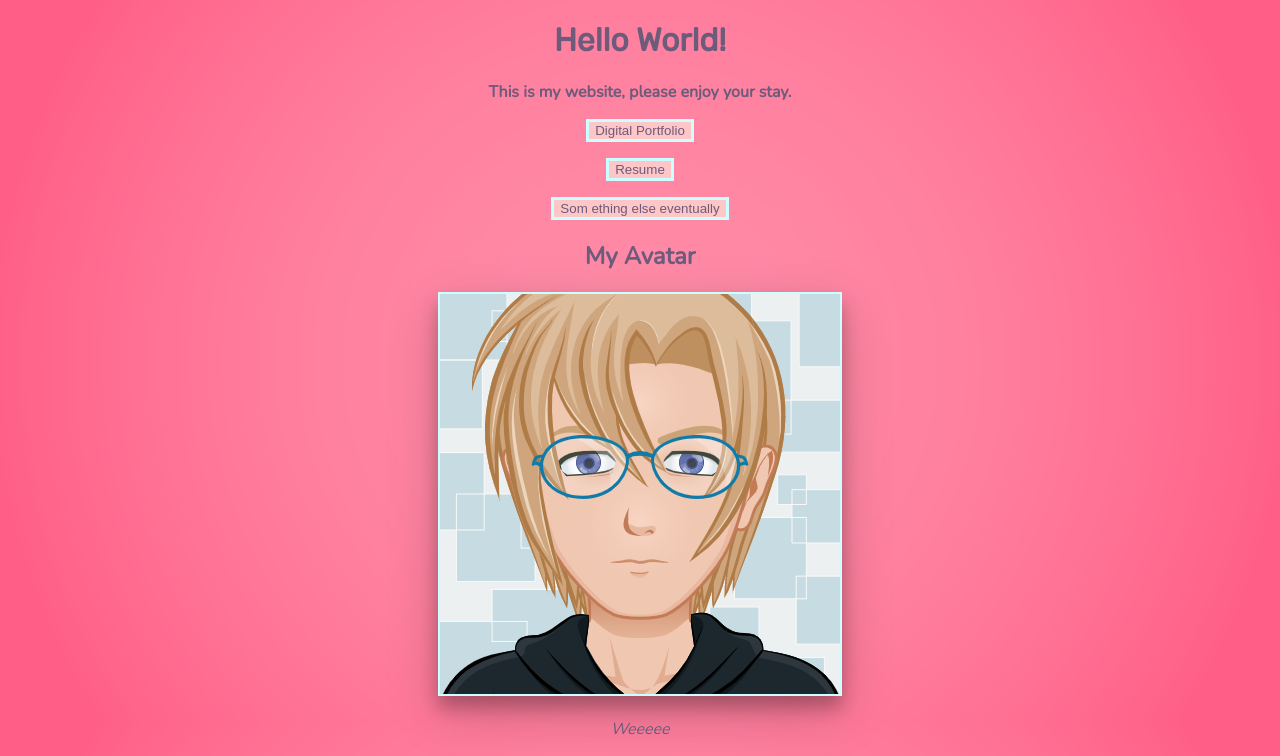
Repository: Ivyeomnky/Ivyeomnky.github.io
Page: index.html
The author's editor kept a record of every edit. The page is drawn from the files as they stood at one moment, then again after the next edit.
The browser window is 1280 px wide. The pictures show the whole page.
Backgrounds fixed to the window are drawn as part of the page.

Above is the page before.

After the next edit:
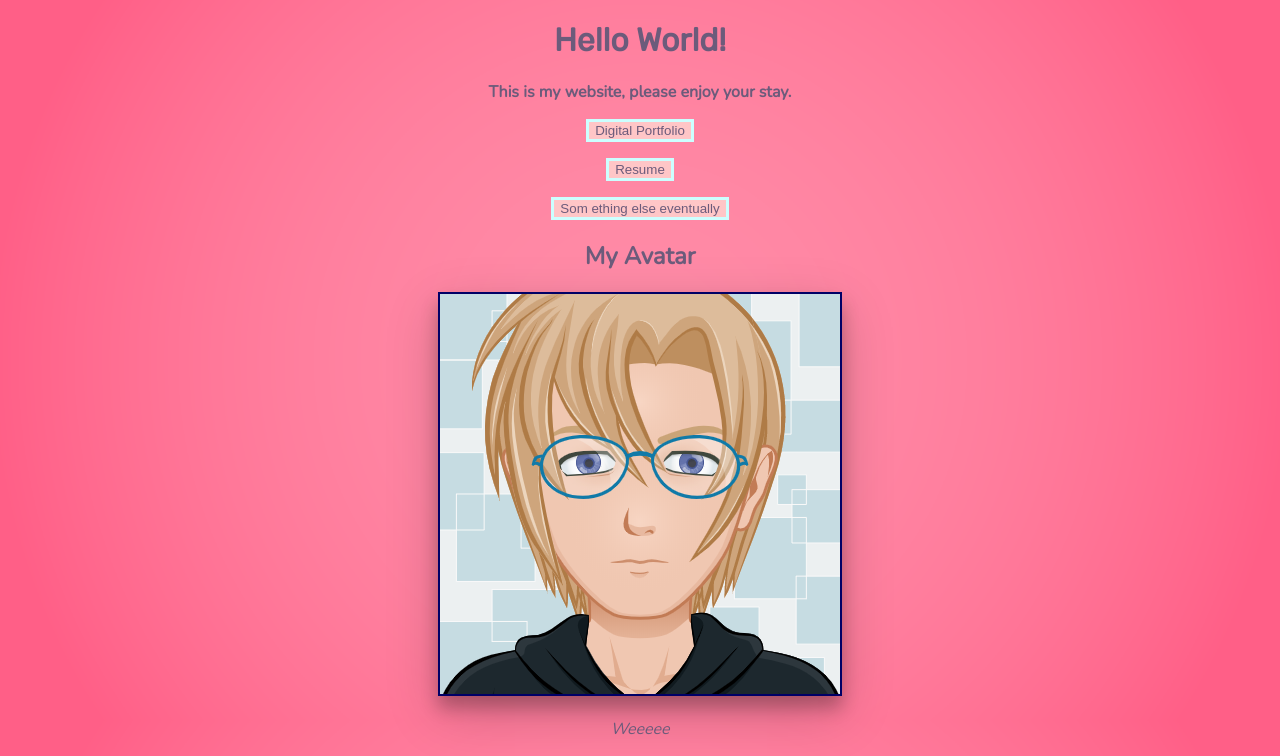
The edit:
--- a/css.css
+++ b/css.css
@@ -23,7 +23,7 @@
   box-shadow:0 12px 16px 0 rgba(0,0,0,0.24), 0 17px 50px 0 rgba(0,0,0,0.19);
 }
 img{
-    border: 2px solid #ccffff;
+    border: 2px solid #000066;
     box-shadow:0 12px 16px 0 rgba(0,0,0,0.24), 0 17px 50px 0 rgba(0,0,0,0.19);
 }
 iframe{
